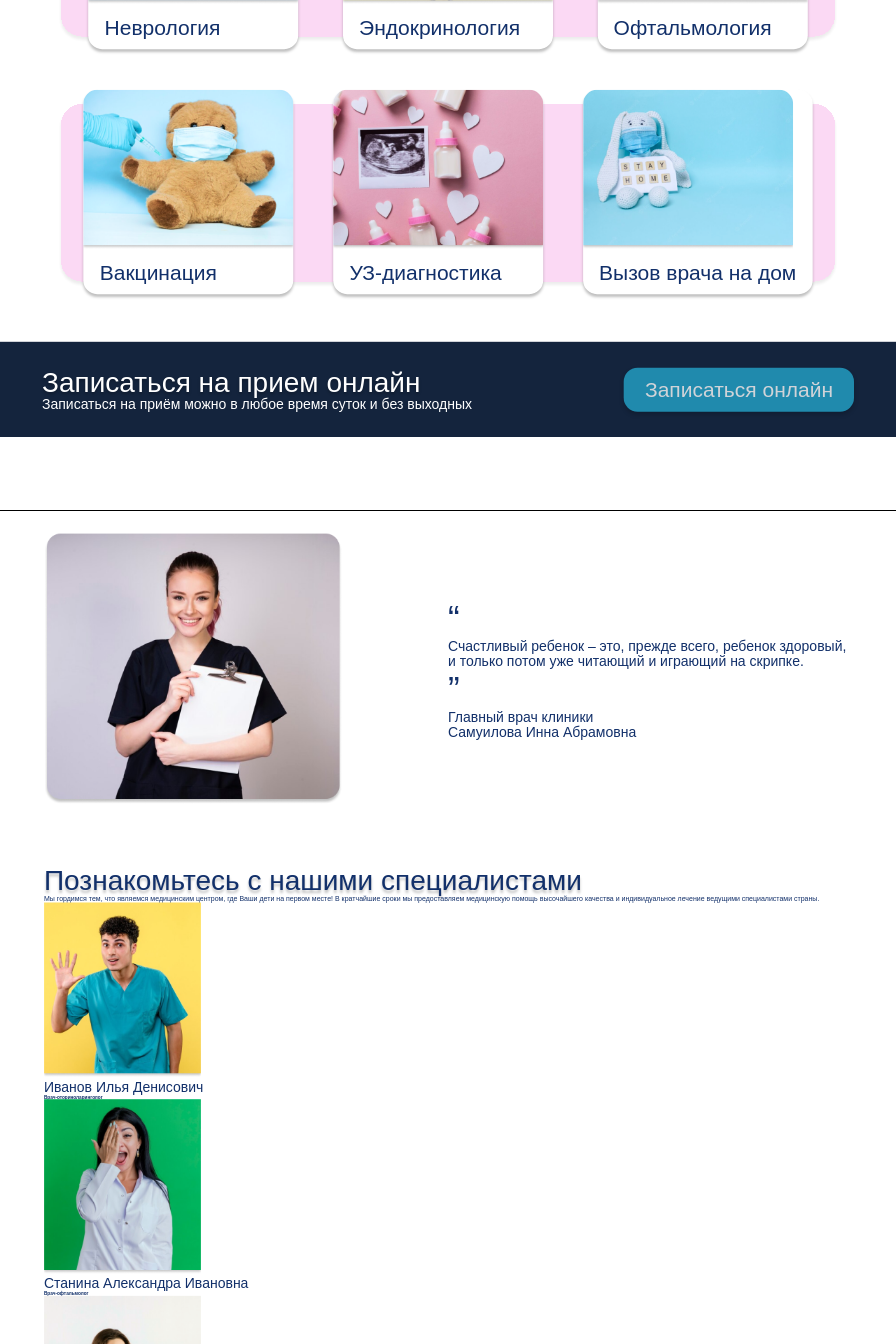
Repository: Normandy72/Landing-Page-Happy-Child
Page: index.html
The author's editor kept a copy of each file at every save. The page is drawn from the files as they stood at one save, then again after the next save.
The browser window is 1280 px wide. The pictures show the part of the page from y = 2176 to 4096 px (the page is 8064 px tall), at 70% of full size.
Some web fonts or font styles are not loaded; a fallback is used.

Above is the page before, as saved 2022-11-12 14:23:47.

After the next save:
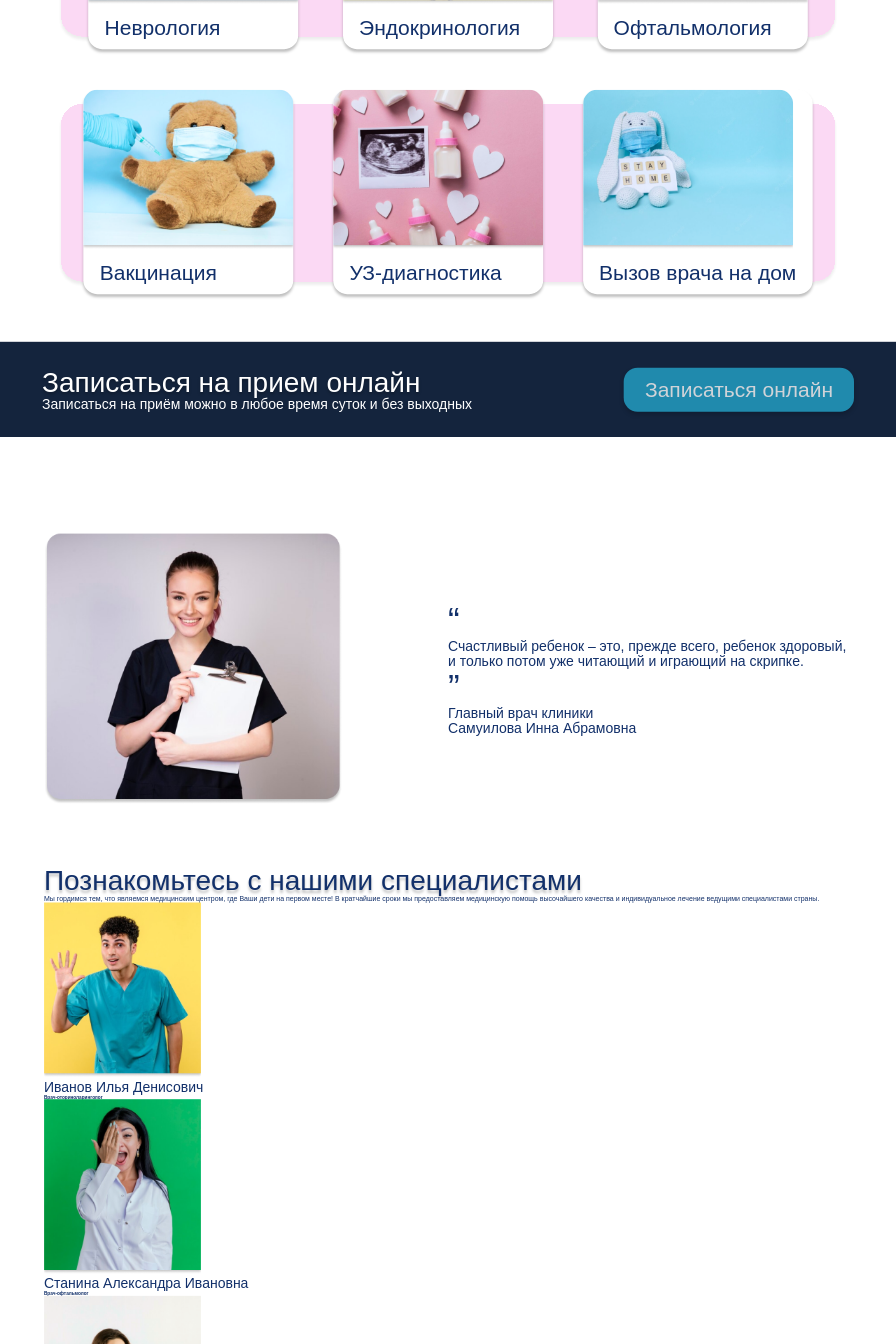
Saved 13 s later.
--- a/styles/section_chief.css
+++ b/styles/section_chief.css
@@ -20,4 +20,5 @@
     font-style: normal;
     font-weight: 400;
     font-size: 50px;
+    line-height: 52px;
 }
